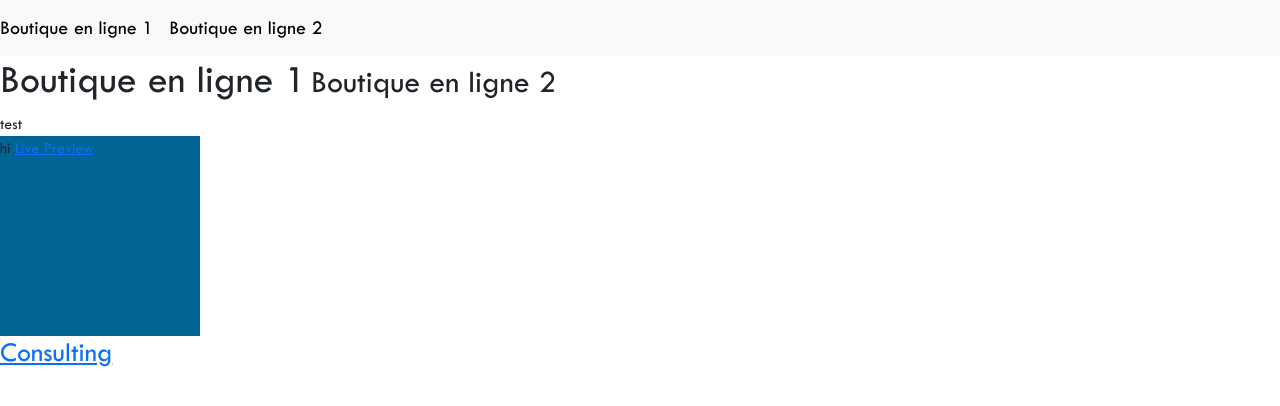
Repository: padevft/e-commerce-php
Page: http://localhost/index.html
An editor plug-in stored every save of this project. The page is shown before and after the next save, followed by the edit.
The browser window is 1280 px wide. The pictures show the whole page.
The page is run by PHP 8.4 with error messages shown; the project is at /var/www/html/.

Above is the page before, as saved 2023-09-17 18:16:06.

After the next save:
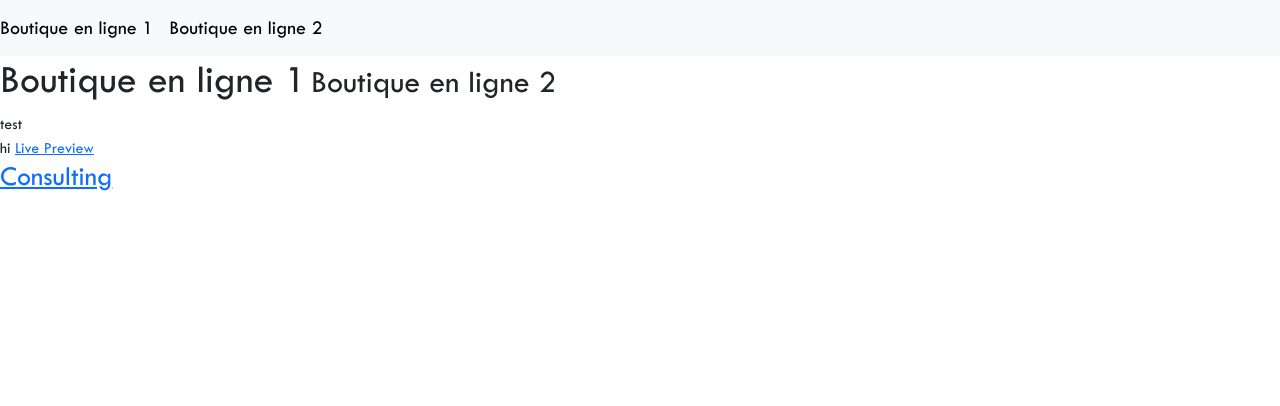
Saved 4 s later.
--- a/client/css/styles.css
+++ b/client/css/styles.css
@@ -76,7 +76,7 @@ h2:hover:before {
   /* background-image: linear-gradient(to right, #ffffff 40%, #006494 40%); */
 
 }
-.container-product-item{
+.container-product-items{
   width: 200px;
   height: 200px;
   position: relative;
